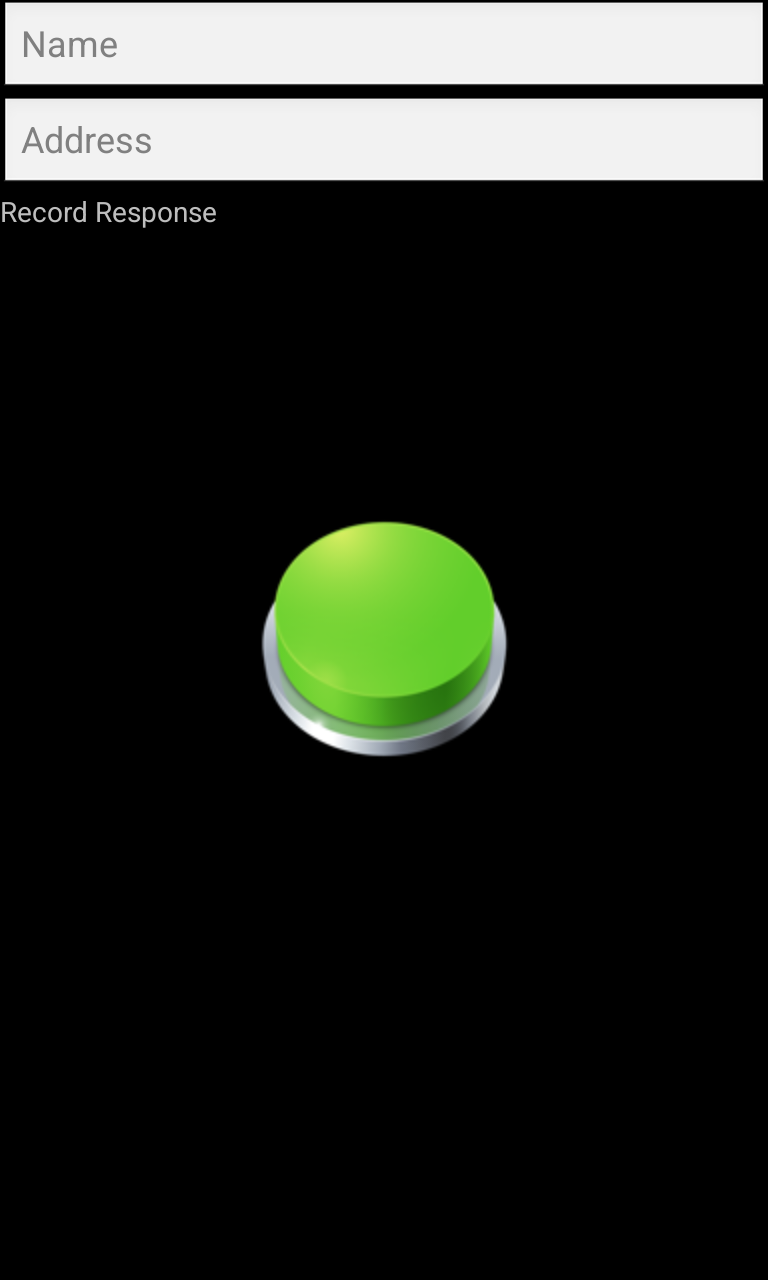
Repository: Anmol92verma/SurveyApp
Layout: SoundServey/res/layout/activity_main.xml
These files come from the project's save history. The layout is drawn as it stood at one moment and after the next save; the edit follows.
It is drawn on a 768 x 1280 px phone screen (xhdpi) without system bars, with theme android:Theme.Black; the app's code is not run.

Above is the layout before, as saved 2015-02-21 16:42:40.

After the next save:
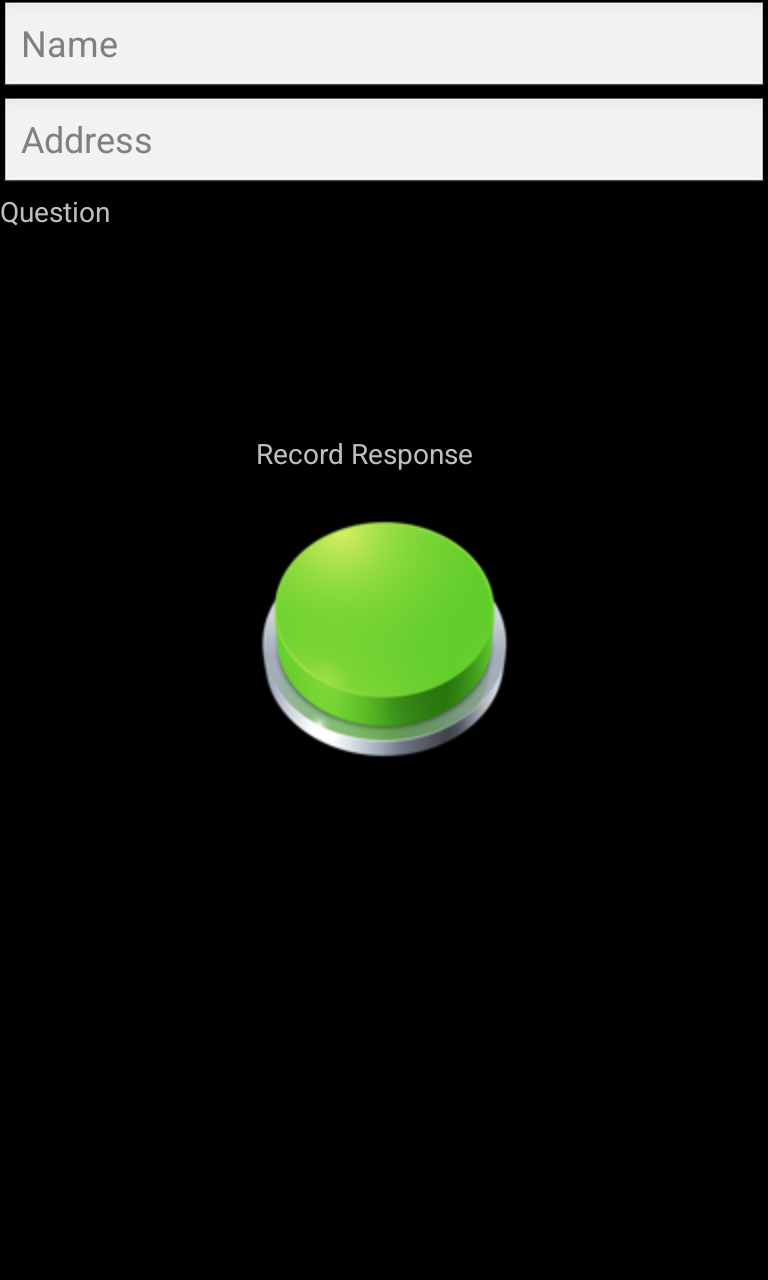
Saved 41 s later.
--- a/SoundServey/res/layout/activity_main.xml
+++ b/SoundServey/res/layout/activity_main.xml
@@ -25,10 +25,11 @@
                 android:hint="@string/string_address" />
 
             <TextView
-                android:id="@+id/textview_recording"
+                android:id="@+id/textview_question"
                 android:layout_width="wrap_content"
                 android:layout_height="wrap_content"
-                android:text="@string/string_recording" />
+                android:text="@string/string_question"
+                />
         </LinearLayout>
     </ScrollView>
 
@@ -40,4 +41,13 @@
         android:contentDescription="@null"
         android:src="@drawable/start" />
 
+    <TextView
+        android:id="@+id/textview_recording"
+        android:layout_width="wrap_content"
+        android:layout_height="wrap_content"
+        android:layout_above="@+id/imageview_recorder"
+        android:layout_alignLeft="@+id/imageview_recorder"
+        android:layout_marginBottom="20dp"
+        android:text="@string/string_recording" />
+
 </RelativeLayout>
